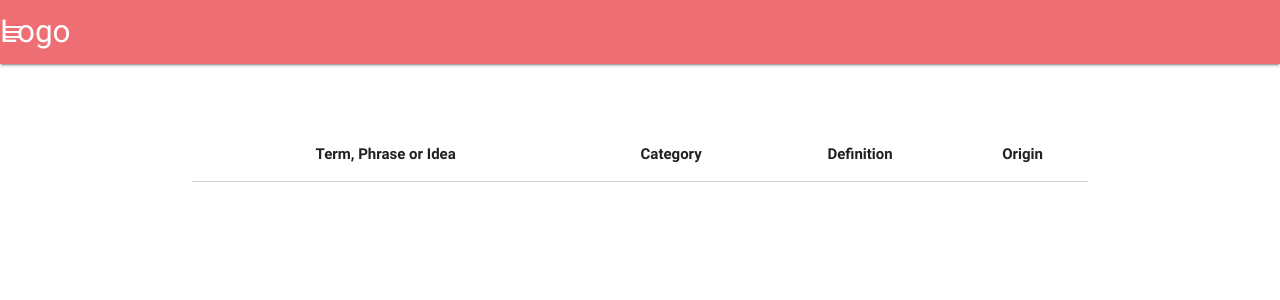
Repository: kalkiboru111/irish-dictionary-of-received-ideas
Page: http://localhost/
The author's editor kept a record of every edit. The page is drawn from the files as they stood at one moment, then again after the next edit.
The browser window is 1280 px wide. The pictures show the whole page.
Some web libraries are served in a nearby version. The page is served by the project's application, run on Flask 3 (app.py). Queries for data that is not in the repository find no rows.

Above is the page before.
Console error: TypeError: $(...).formSelect is not a function

### templates/terms.html

{% extends 'base.html' %}
{% block content %}

    <table class="highlight centered responsive-table">
        <thead>
          <tr>
              <th>Term, Phrase or Idea</th>
              <th>Category</th>
              <th>Definition</th>
              <th>Origin</th>
          </tr>
        </thead>
        <tbody>
        {% for term in terms %}
          <tr>
            <td>{{term.term_name}}</td>
            <td>{{term.term_category}}</td>
            <td>{{term.term_definition}}</td>
            <td>{{term.term_origin}}</td>
          </tr>
         {% endfor %}
        </tbody>
    </table>

{% endblock %}

### templates/base.html
<!DOCTYPE html>
<html>

<head>
    <link href="https://fonts.googleapis.com/icon?family=Material+Icons" rel="stylesheet">
    <link rel="stylesheet" href="https://cdnjs.cloudflare.com/ajax/libs/materialize/0.100.2/css/materialize.min.css">
    <link rel="stylesheet" href="{{url_for('static', filename='css/style.css')}}" type="text/css" />
    <script src="https://kit.fontawesome.com/845efe5847.js"></script>
</head>

<body>
    <header>
        <nav class="nav-extended">
            <div class="nav-wrapper">
                <a href="#!" class="brand-logo">Logo</a>
                <a href="#" data-target="mobile-demo" class="sidenav-trigger"><i class="material-icons">menu</i></a>
                <ul class="right hide-on-med-and-down">
                    <li><a href="sass.html">Sass</a></li>
                    <li><a href="badges.html">Components</a></li>
                    <li><a href="collapsible.html">Javascript</a></li>
                    <li><a href="mobile.html">Mobile</a></li>
                </ul>
                <ul class="sidenav" id="mobile-demo">
                    <li><a href="sass.html">Sass</a></li>
                    <li><a href="badges.html">Components</a></li>
                    <li><a href="collapsible.html">Javascript</a></li>
                    <li><a href="mobile.html">Mobile</a></li>
                </ul>
            </div>
        </nav>

    </header>
    <div class="container">
        {% block content %} {% endblock %}
    </div>
    <script src="https://cdnjs.cloudflare.com/ajax/libs/jquery/3.2.1/jquery.min.js"></script>
    <script src="https://cdnjs.cloudflare.com/ajax/libs/materialize/0.100.2/js/materialize.min.js"></script>
    <script type="text/javascript">
        $(document).ready(function() {
            $('select').formSelect();
            $('.sidenav').sidenav();

        });
    </script>

</body>

</html>

### app.py
import os
from flask import Flask, render_template, redirect, request, url_for
from flask_pymongo import PyMongo
from bson.objectid import ObjectId

app = Flask(__name__)

app.config['MONGO_DBNAME'] = 'irish_dictionary'
app.config["MONGO_URI"] = os.getenv("MONGO_URI")

mongo = PyMongo(app)

@app.route('/')

# View directs user to terms page
@app.route('/get_terms')
def get_terms():
    return render_template("terms.html",
    terms=mongo.db.terms.find())

@app.route('/add_term')
def add_term():
    return render_template("add_term.html",
    categories=mongo.db.categories.find())

@app.route('/insert_term', methods=['POST'])
def insert_term():
    terms = mongo.db.terms
    terms.insert_one(request.form.to_dict())
    return redirect(url_for('get_terms'))

@app.route('/edit_term/<term_id>')
def editterm(term_id):
    the_term =  mongo.db.terms.find_one({"_id": ObjectId(term_id)})
    all_categories =  mongo.db.categories.find()
    return render_template('editterm.html', term=the_term,
                           categories=all_categories)

@app.route('/update_term/<term_id>', methods=['POST'])
def update_term(term_id):
    terms = mongo.db.terms
    terms.update( {"_id": ObjectId(term_id)},
    {   'term_name':request.form.get('term_name'),
        'category_name':request.form.get('category_name'),
        'term_definition': request.form.get('term_definition'),
        'term_origin':request.form.get('term_origin')
    })
    return redirect(url_for('get_terms'))

@app.route('/delete_term/<term_id>')
def delete_term(term_id):
    mongo.db.terms.remove({"_id": ObjectId(term_id)})
    return redirect(url_for('get_terms'))

if __name__ == '__main__':
    app.run(host=os.environ.get('IP'),
            port=int(os.environ.get('PORT')),
            debug=True)

### static/css/style.css
/* body {
    background-color: red;
}

After the next edit:
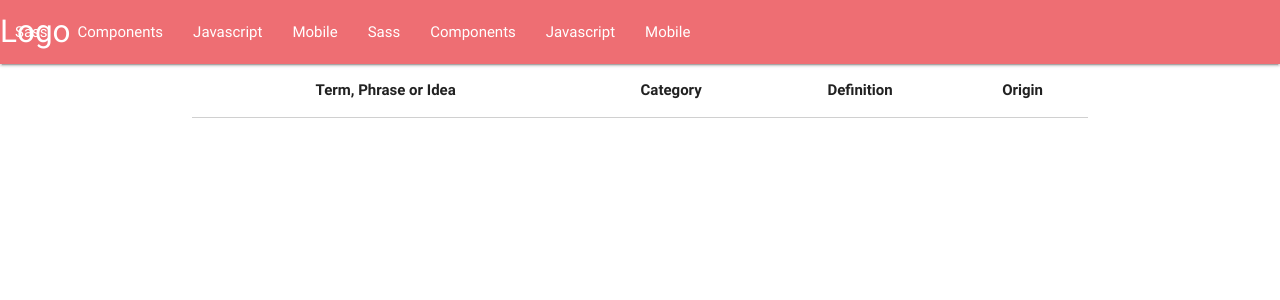
The edit:
--- a/templates/base.html
+++ b/templates/base.html
@@ -12,9 +12,9 @@
     <header>
         <nav class="nav-extended">
             <div class="nav-wrapper">
-                <a href="#!" class="brand-logo">Logo</a>
-                <a href="#" data-target="mobile-demo" class="sidenav-trigger"><i class="material-icons">menu</i></a>
-                <ul class="right hide-on-med-and-down">
+                <a href="{{url_for('get_terms')}}" class="brand-logo">Logo</a>
+                <a href="#" data-target="mobile-demo" class="sidenav-trigger"><i class="material-icons hide-on-med-and-up">menu</i></a>
+                <ul class="hide-on-med-and-down">
                     <li><a href="sass.html">Sass</a></li>
                     <li><a href="badges.html">Components</a></li>
                     <li><a href="collapsible.html">Javascript</a></li>
